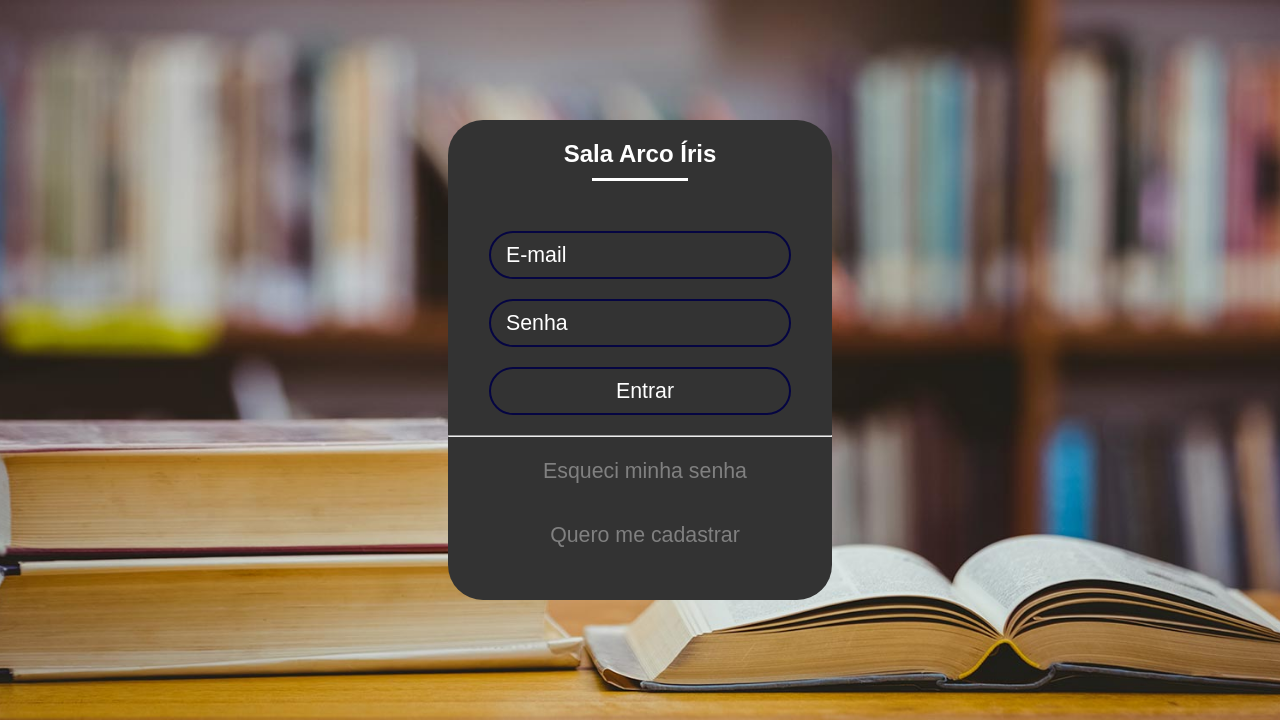
Repository: yuriandreisilva/projeto-individual-senai
Page: SalaArcoIris/WebContent/index.html
An editor plug-in stored every save of this project. The page is shown before and after the next save, followed by the edit.
The browser window is 1280 px wide. The pictures show the whole page.

Above is the page before, as saved 2020-12-14 19:00:39.

### SalaArcoIris/WebContent/index.html
<!DOCTYPE html>
<html lang="pt-br">
<head>
	<meta charset="UTF-8">
	<meta name="description" content="Sala Arco Iris - Biblioteca">
	<meta name="keywords" content="Livros">
	<meta name="author" content="Yuri Andrei da Silva">
	<meta name="viewport" content="width=device-width, initial-scale=1.0">
	<title> Login - Sala Arco Íris</title>
	<link rel="stylesheet" href="css/index.css">

</head>
<body>

	<div class="corpo">
		<form action="">
			<h2>Sala Arco Íris</h2>
			<input type="text" name="" placeholder="E-mail" id="">
			<input type="password" name="" placeholder="Senha" id="">
			<input type="submit" value="Entrar">
			<hr>
			<a href="" title="Esqueceu a senha?">Esqueci minha senha</a>
			<a href="" title="Cadastre-se!">Quero me cadastrar</a>

		</form>
	</div>

</body>
</html>

### SalaArcoIris/WebContent/css/index.css
*{
    margin: 0;
    padding: 0;
    font-family: "Montserrant", sans-serif;
    box-sizing: border-box;
}
html, body{
    height: 100%;
    background-image: url('../imgs/fundo_login.jpg');
    background-position: center;
    background-repeat: no-repeat;
    background-size: cover;
}

.corpo{
    position: relative;
    top: 50%;
    transform: translateY(-50%);
    border-radius: 35px;
    background-color: #333;
    margin: 0 auto;
    width: 30%;
    height: 480px;
}
.corpo h2{
    text-align: center;
    color: #ffffff;
    padding: 20px 0;
}
.corpo h2::after{
    content: '';
    display: block;
    margin: 10px auto;
    border-bottom: 3px solid #ffffff;
    width: 25%;
}
.corpo input, a{
    display: block;
    margin: 20px auto;
    box-sizing: content-box;
    border: 2px solid #050542;
    border-radius: 25px;
    width: 75%;
    height: 40px;
    padding: 2px 5px;
    font-size: 16pt;
    transition: .2s;
    outline: none;
    background-color: transparent;
    text-indent: 10px;
}

a {
	border: none;
	text-align: center;
}

.corpo input[type="text"],
.corpo input[type="password"]{
    color: white;
}

.corpo input[type="text"]:focus,
.corpo input[type="password"]:focus{
    background-color: #050542;
}
.corpo input[type="text"]::placeholder,
.corpo input[type="password"]::placeholder{
    font-size: 16pt;
    color: #ffffff;
    text-indent: 10px;
}
.corpo input[type="submit"]{
    background-color: transparent;
    color: white;

}
.corpo input[type="submit"]:hover{
    background-color: #050542;
    color: #ffffff;
    transition: 1s;

}

a:link {
  color: #0000FF;
  background-color: transparent;
  text-decoration: none;
}
a:visited {
  color: gray;
  background-color: transparent;
  text-decoration: none;
}
a:hover {
  color: #050542;
  background-color: transparent;
  text-decoration: underline;
}
a:active {
  color: yellow;
  background-color: transparent;
  text-decoration: underline;
}

@media screen and (max-width: 900px){
    .corpo{
        width: 70%;
    }
}
@media screen and (max-width: 400px){
    .corpo{
        width: 85%;
    }
}

After the next save:
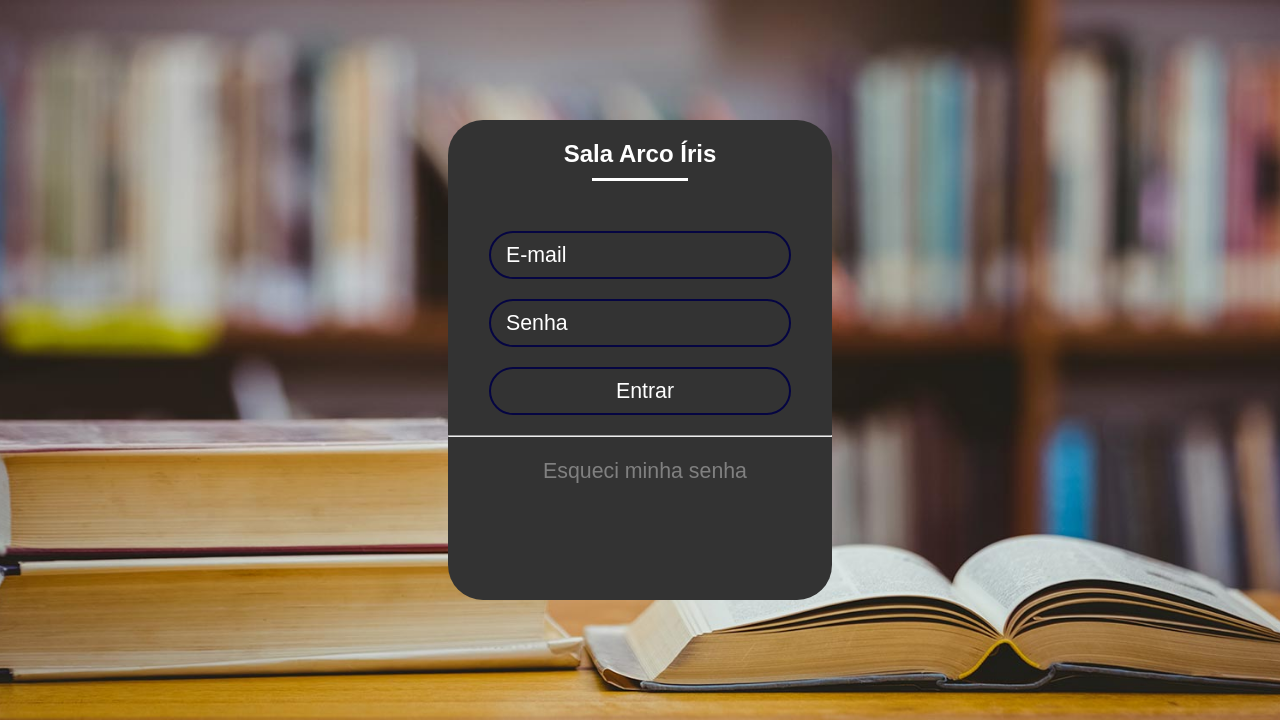
Saved 2 h 19 min later.
--- a/SalaArcoIris/WebContent/index.html
+++ b/SalaArcoIris/WebContent/index.html
@@ -20,8 +20,6 @@
 			<input type="submit" value="Entrar">
 			<hr>
 			<a href="" title="Esqueceu a senha?">Esqueci minha senha</a>
-			<a href="" title="Cadastre-se!">Quero me cadastrar</a>
-
 		</form>
 	</div>
 
